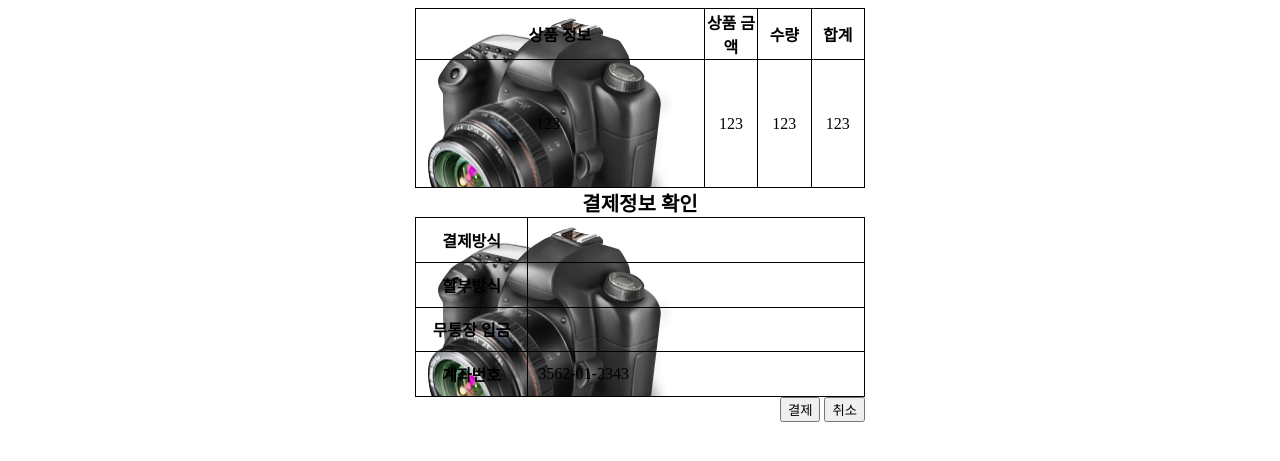
Repository: fellownew/project_workspace
Page: http://localhost/shoppingmall/WEB-INF/view/body/buyer/buyer_order_popup.jsp
These files come from the project's save history. The page is drawn as it stood at one moment and after the next save; the edit follows.
The browser window is 1280 px wide. The pictures show the whole page.
The page is served by Tomcat 9. Nobody is signed in. The template is opened directly, without the code that normally fills it, so the values that code supplies are empty.

Above is the page before, as saved 2015-06-15 07:59:34.

After the next save:
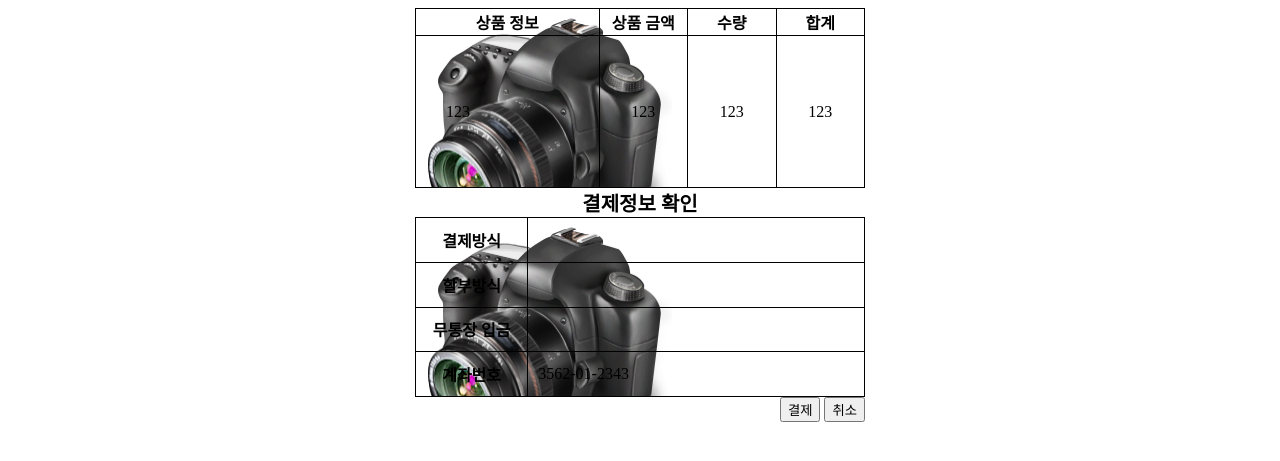
Saved 12 s later.
--- a/shoppingmall/WebContent/WEB-INF/view/body/buyer/buyer_order_popup.jsp
+++ b/shoppingmall/WebContent/WEB-INF/view/body/buyer/buyer_order_popup.jsp
@@ -61,7 +61,7 @@ table, td, th {
 		</thead>
 		<tbody>
 			<tr>
-				<td style="padding-left: 120px">123</td>
+				<td style="padding-left: 30px">123</td>
 				<td style="text-align:center">123</td>
 				<td style="text-align:center">123</td>
 				<td style="text-align:center">123</td>
